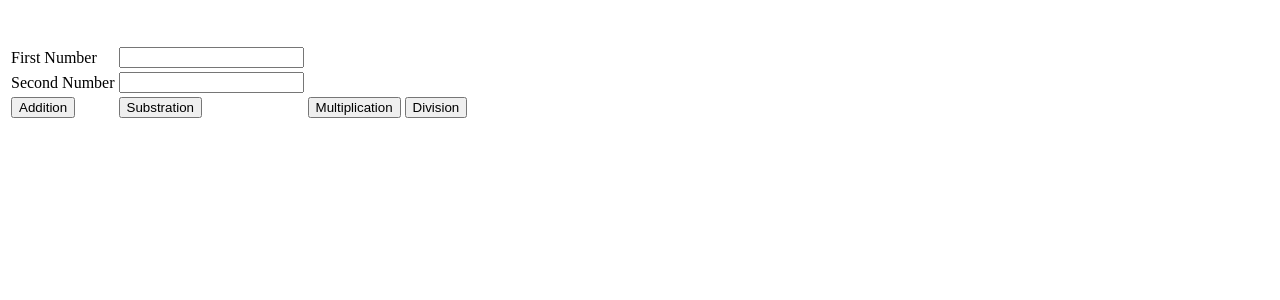
Repository: babududekula/Spring-Course-4.X-Version
Page: http://localhost/Jsp/classA.jsp
The author's editor kept a copy of each file at every save. The page is drawn from the files as they stood at one save, then again after the next save.
The browser window is 1280 px wide. The pictures show the whole page.
The page is served by Tomcat 9.

Above is the page before, as saved 2023-02-06 16:48:59.

After the next save:
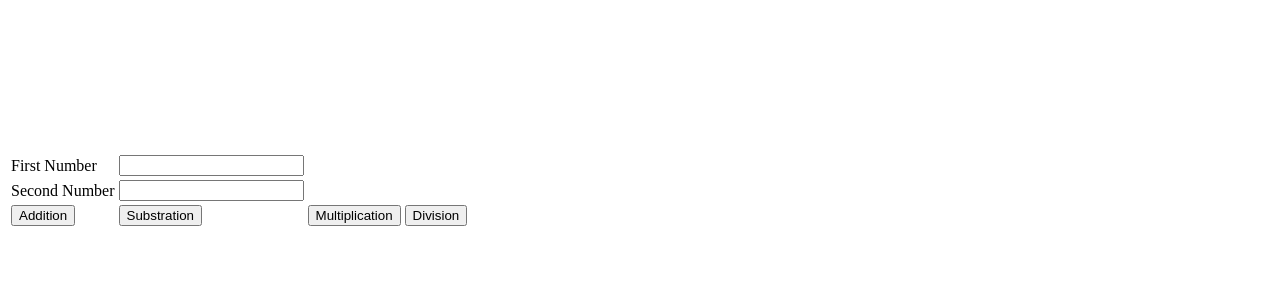
Saved 9 s later.
--- a/Maven Projects/Jsp/src/main/webapp/classA.jsp
+++ b/Maven Projects/Jsp/src/main/webapp/classA.jsp
@@ -20,9 +20,9 @@
 </tr>
 <tr>
 	<td><input type="submit" name="operation" value="Addition"/></td><br><br>
-	<td><input type="submit" name="operation" value="Substration"/></td>
-	<td><input type="submit" name="operation" value="Multiplication"/></td>
-	<td><input type="submit" name="operation" value="Division"/></td>
+	<td><input type="submit" name="operation" value="Substration"/></td><br><br>
+	<td><input type="submit" name="operation" value="Multiplication"/></td><br><br>
+	<td><input type="submit" name="operation" value="Division"/></td><br><br>
 </tr>
 </table>
 
